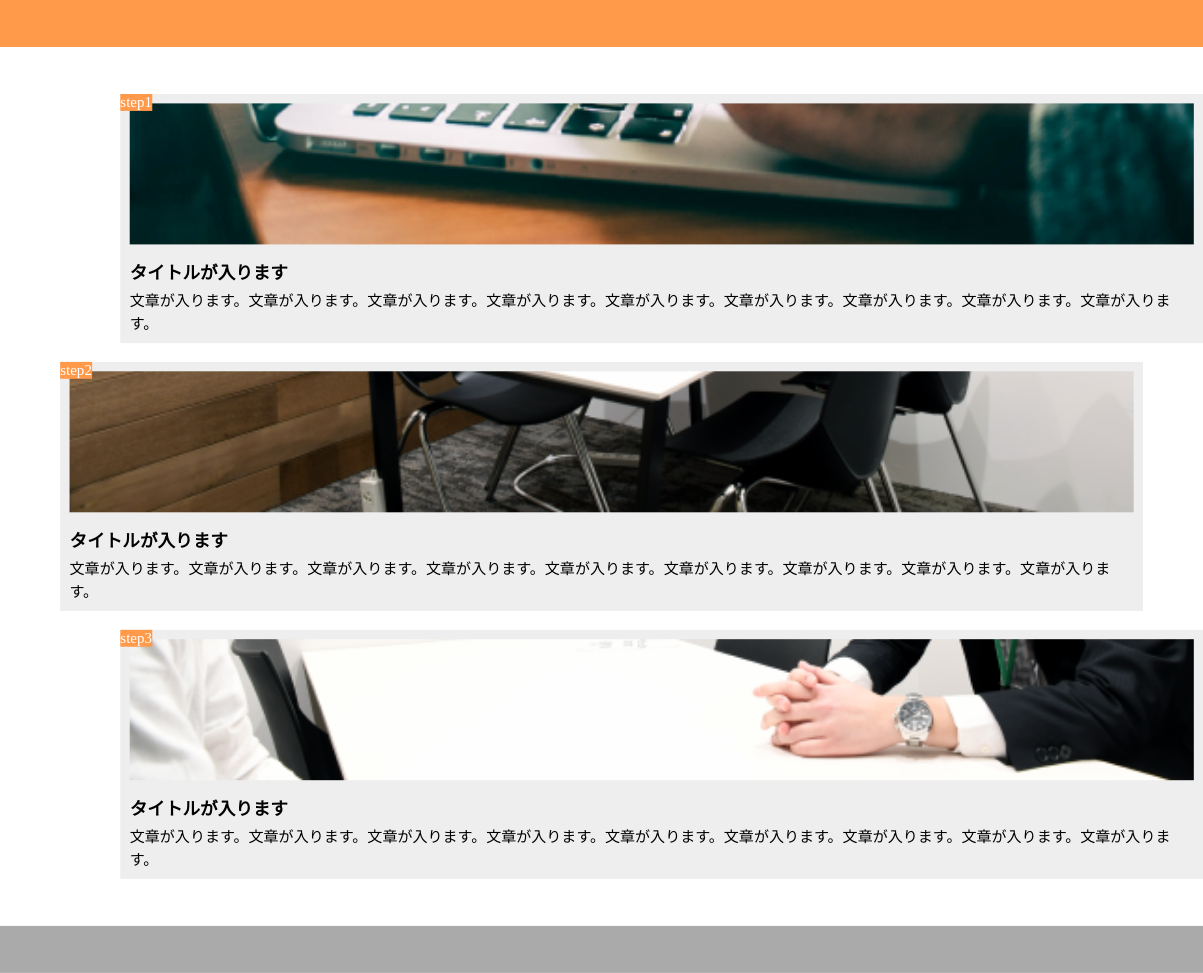
Repository: GAFAMONLINE/kadai
Page: 課題/index.html
The author's editor kept a record of every edit. The page is drawn from the files as they stood at one moment, then again after the next edit.
The browser window is 1280 px wide. The pictures show the whole page, at 94% of full size.

Above is the page before.

After the next edit:
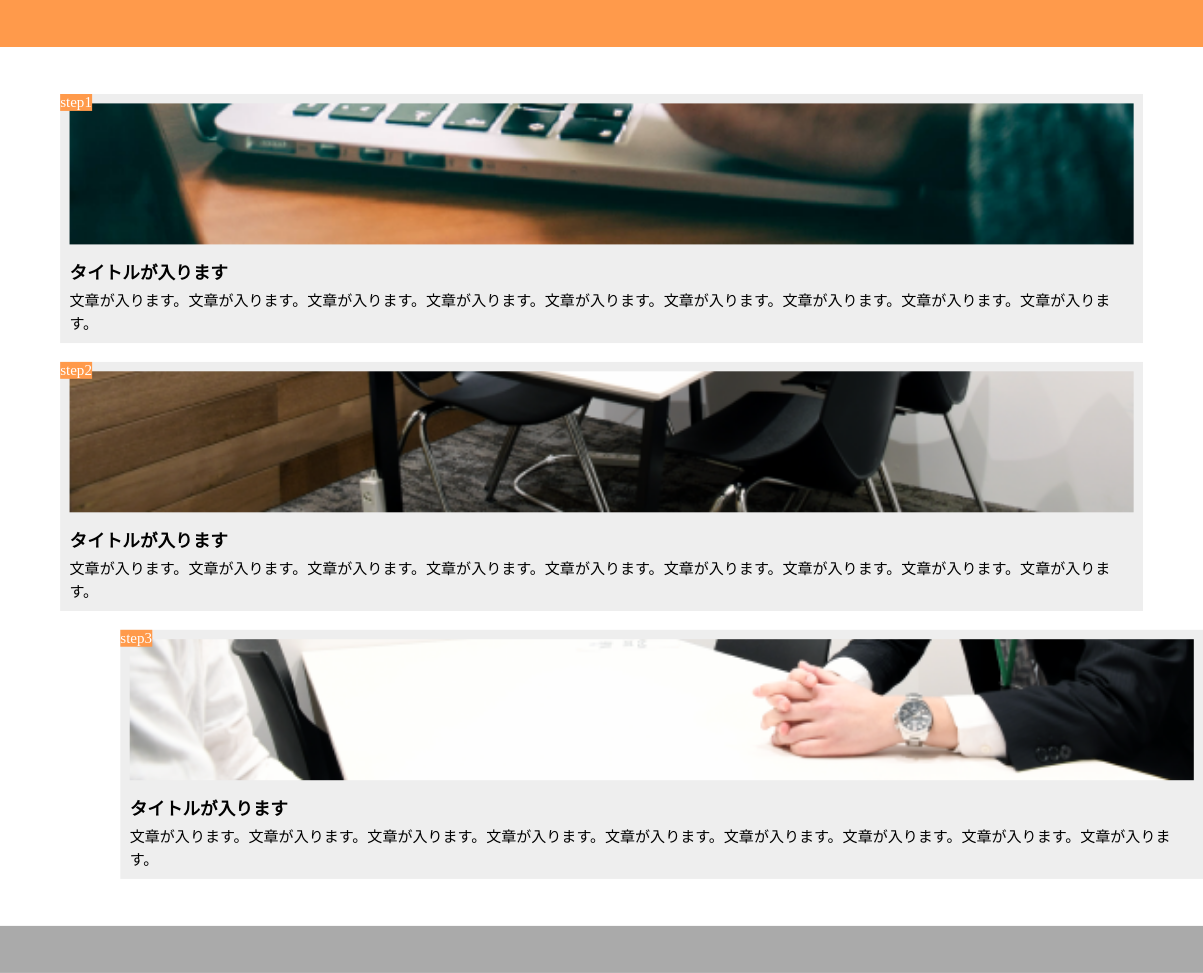
The edit:
--- a/課題/style.css
+++ b/課題/style.css
@@ -83,7 +83,7 @@
 .step-box {
 display: block;
 width: 90%;
-margin: 0 10%;
+margin: 0 auto;
 }
 
 .step-box2 {
